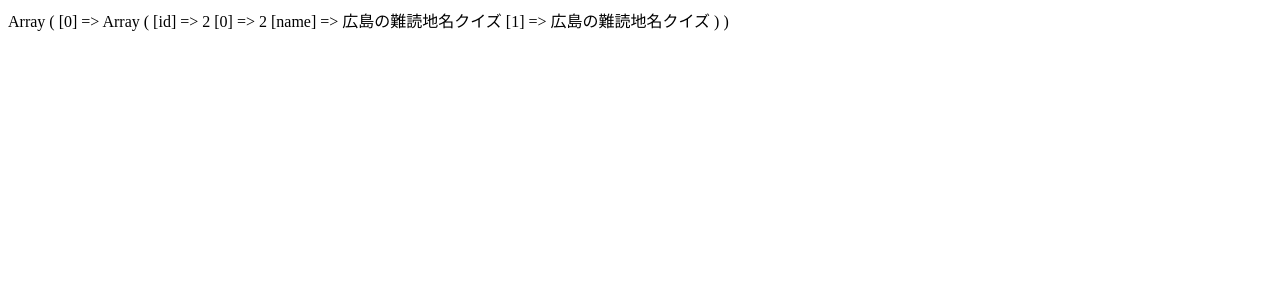
Repository: posse-ap/gen2.0-akira1515
Page: http://localhost/www/html/db_connect.php
These files come from the project's save history. The page is drawn as it stood at one moment and after the next save; the edit follows.
The browser window is 1280 px wide. The pictures show the whole page.
The page is run by PHP 8.4 with error messages shown; the project is at /var/www/html/. The database holds what the project's SQL file puts in it.

Above is the page before, as saved 2021-12-24 16:09:04.

After the next save:
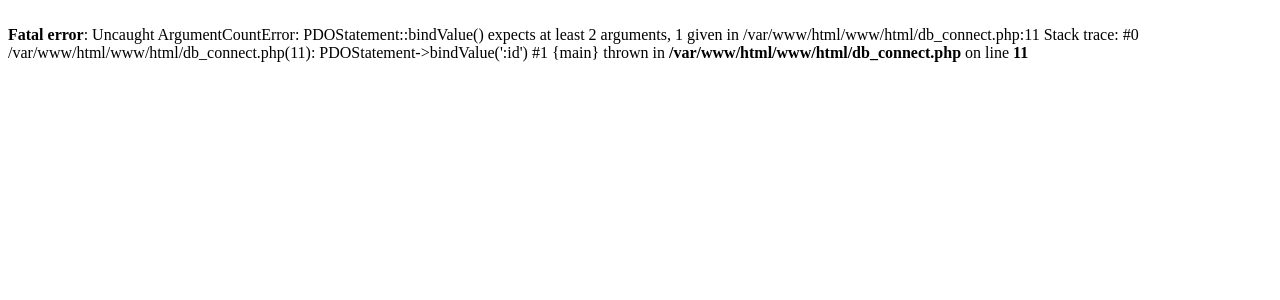
Saved 13 min 16 s later.
--- a/www/html/db_connect.php
+++ b/www/html/db_connect.php
@@ -8,7 +8,7 @@
 
 // 3.SQLに対してパラメーターをセットする。【任意】(可変する部分の受け皿)
 // $stmt->bindValue(':mail_address', $mail_address, PDO::PARAM_STR);
-$stmt->bindValue(':id', 2);
+$stmt->bindValue(':id');
 
 // 4.実際にSQLを実行する。
 $stmt->execute(); //prepareの時に発射させるもの

After the save that followed:
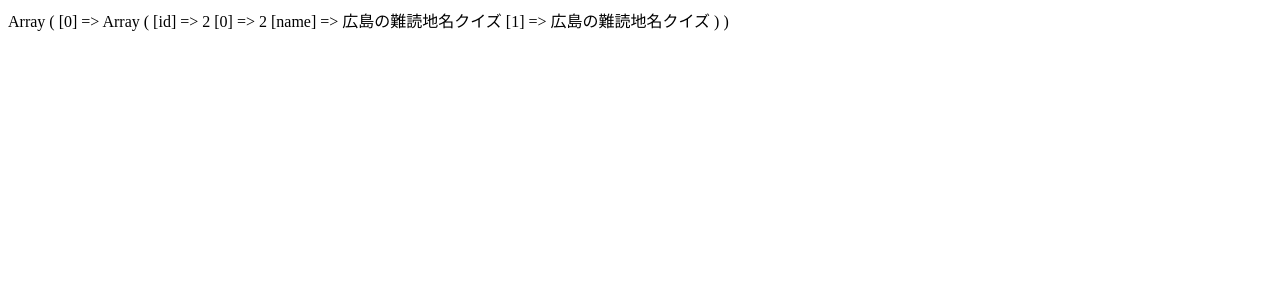
Saved 15 s later.
--- a/www/html/db_connect.php
+++ b/www/html/db_connect.php
@@ -8,7 +8,7 @@
 
 // 3.SQLに対してパラメーターをセットする。【任意】(可変する部分の受け皿)
 // $stmt->bindValue(':mail_address', $mail_address, PDO::PARAM_STR);
-$stmt->bindValue(':id');
+$stmt->bindValue(':id', 2);
 
 // 4.実際にSQLを実行する。
 $stmt->execute(); //prepareの時に発射させるもの
